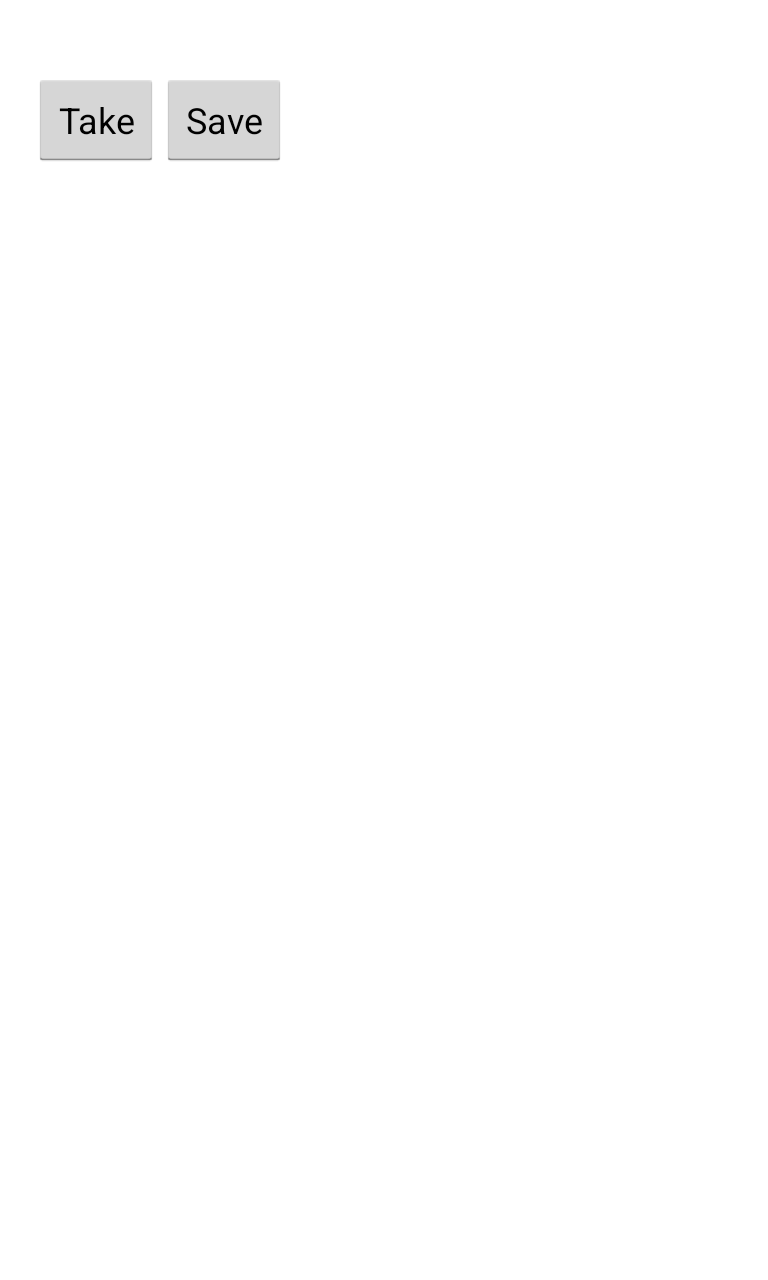
Repository: jellydiamonds/Proto
Layout: Android/Camera/res/layout/activity_main.xml
An editor plug-in stored every save of this project. The layout is shown before and after the next save, followed by the edit.
It is drawn on a 768 x 1280 px phone screen (xhdpi) without system bars, with theme AppTheme; the app's code is not run.

Above is the layout before, as saved 2014-03-20 15:00:38.

After the next save:
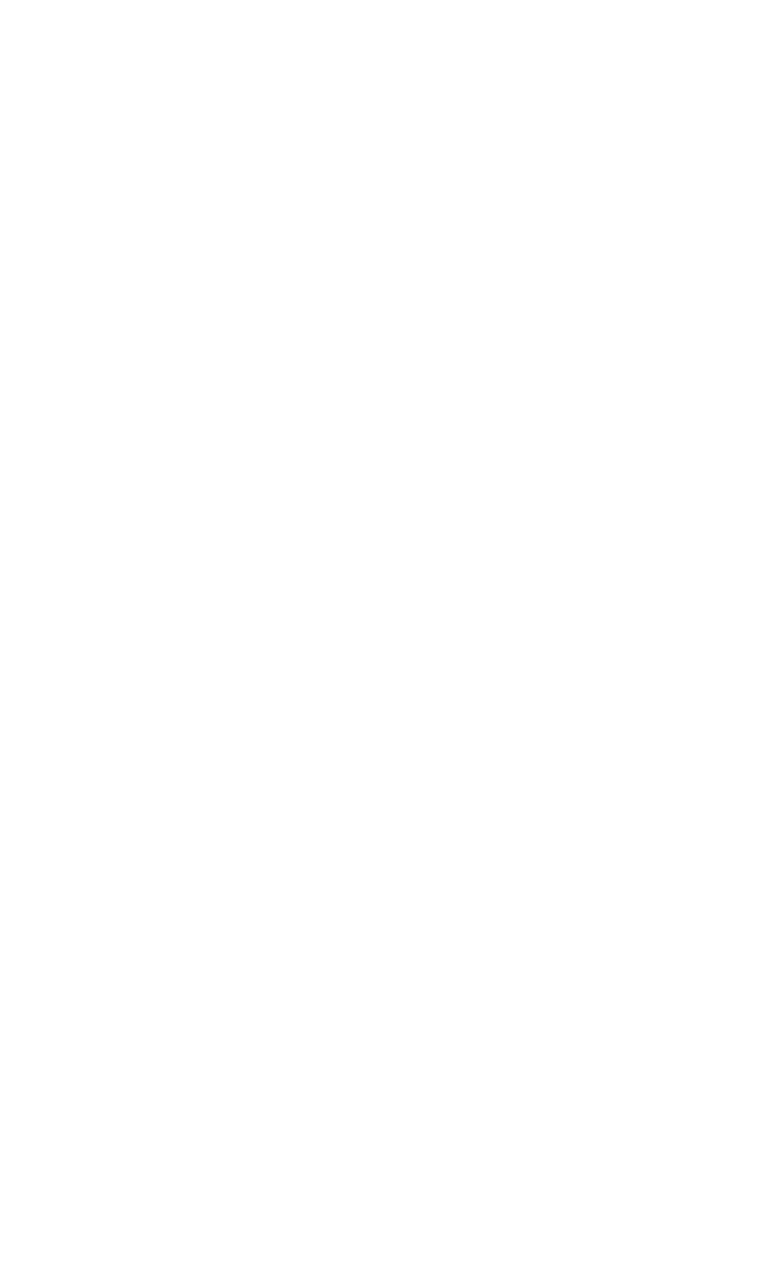
Saved 38 s later.
--- a/Android/Camera/res/layout/activity_main.xml
+++ b/Android/Camera/res/layout/activity_main.xml
@@ -16,7 +16,7 @@
 
         <LinearLayout
              android:id="@+id/layout2"
-            android:layout_width="match_parent"
+            android:layout_width="fille_parent"
             android:layout_height="wrap_content"
             android:orientation="horizontal" >
 

After the 2 saves that followed:
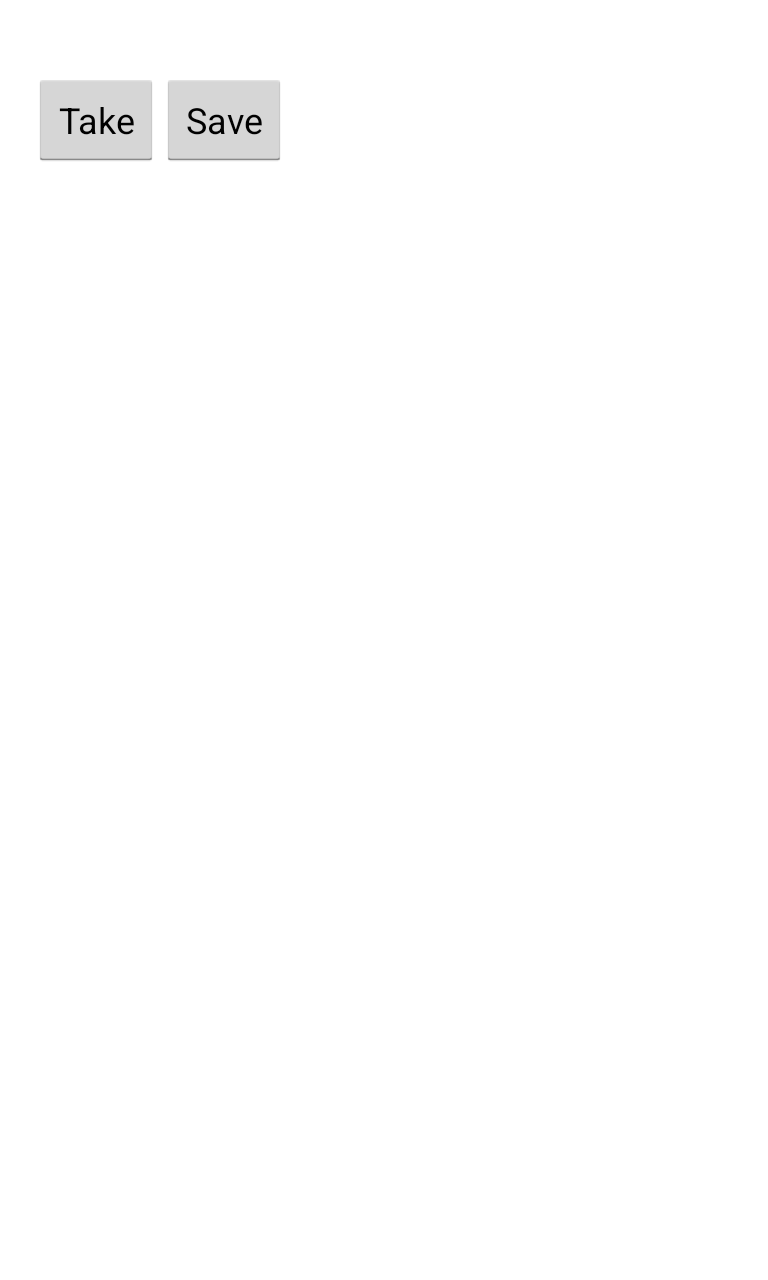
The 2 saves are shown as one change because 1 left the picture as it was.
The last was saved 19 s later.
--- a/Android/Camera/res/layout/activity_main.xml
+++ b/Android/Camera/res/layout/activity_main.xml
@@ -16,7 +16,7 @@
 
         <LinearLayout
              android:id="@+id/layout2"
-            android:layout_width="fille_parent"
+            android:layout_width="fill_parent"
             android:layout_height="wrap_content"
             android:orientation="horizontal" >
 
